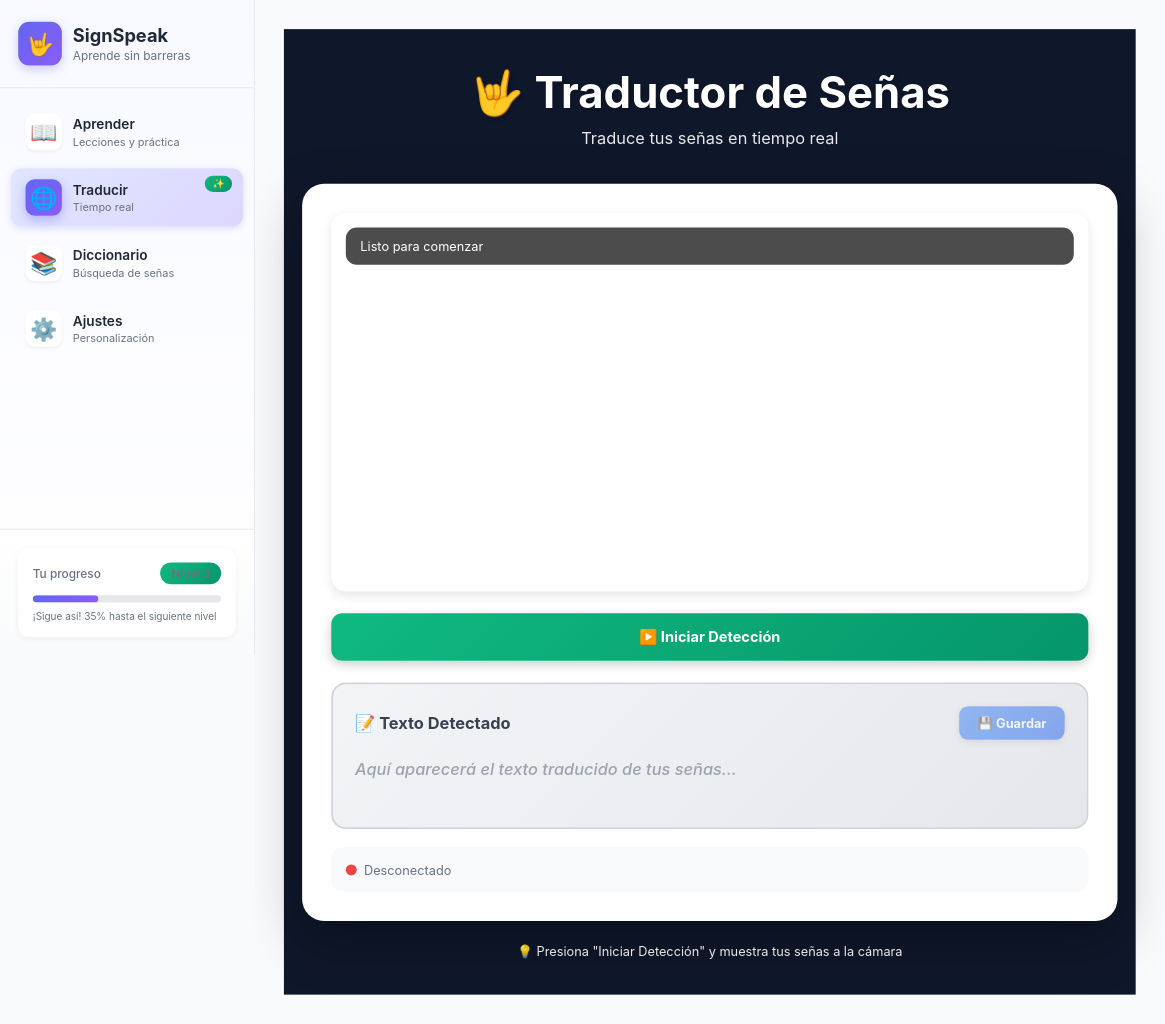
Repository: Aucarure/SignSpeak
Page: / (app in Usuario/frontend/)
The author's editor kept a copy of each file at every save. The page is drawn from the files as they stood at one save, then again after the next save.
The browser window is 1280 px wide. The pictures show the whole page, at 91% of full size.
The page's requests for data from a server got no answer. The project was rebuilt for these pictures with package versions that can differ from the ones it lists, and the page was loaded fresh each time. No one was signed in, and anything a server would have sent is missing. Also part of the build but not shown: Usuario/frontend/vite.config.js, Usuario/frontend/src/pages/Learn.jsx, Usuario/frontend/src/pages/Dictionary.jsx, Usuario/frontend/src/pages/Settings.jsx, Usuario/frontend/src/api/diccionario.js, Usuario/frontend/src/hooks/useDiccionario.js, Usuario/frontend/src/components/diccionario/SenaCard.jsx, Usuario/frontend/src/components/diccionario/UnityPlayer.jsx and 2 more.

Above is the page before, as saved 2025-12-04 11:43:23.

After the next save:
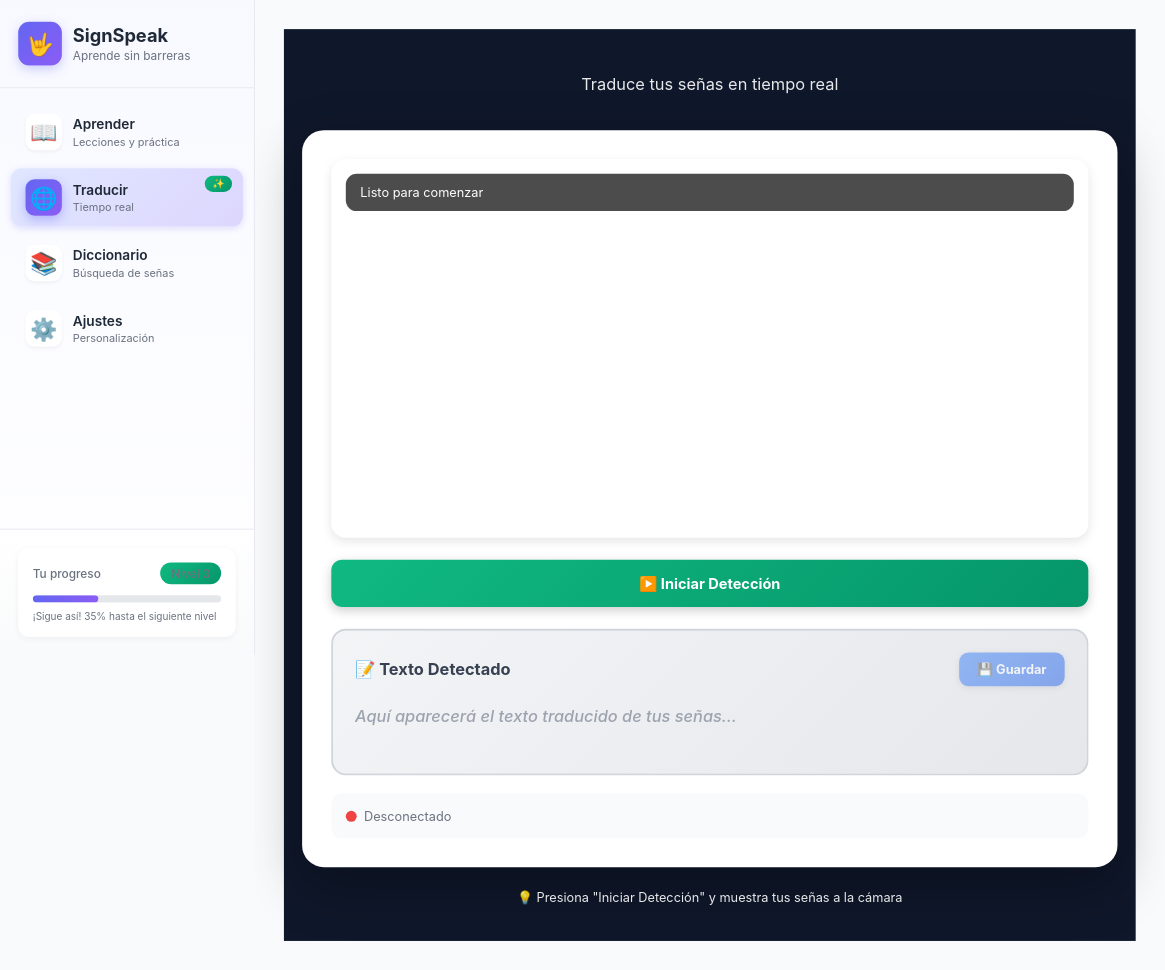
Saved 11 s later.
--- a/Usuario/frontend/src/pages/Translator.jsx
+++ b/Usuario/frontend/src/pages/Translator.jsx
@@ -228,7 +228,7 @@ function Translator() {
             marginBottom: '10px',
             textShadow: '2px 2px 4px rgba(0,0,0,0.2)'
           }}>
-            🤟 Traductor de Señas
+
           </h1>
           <p style={{
             fontSize: '18px',
